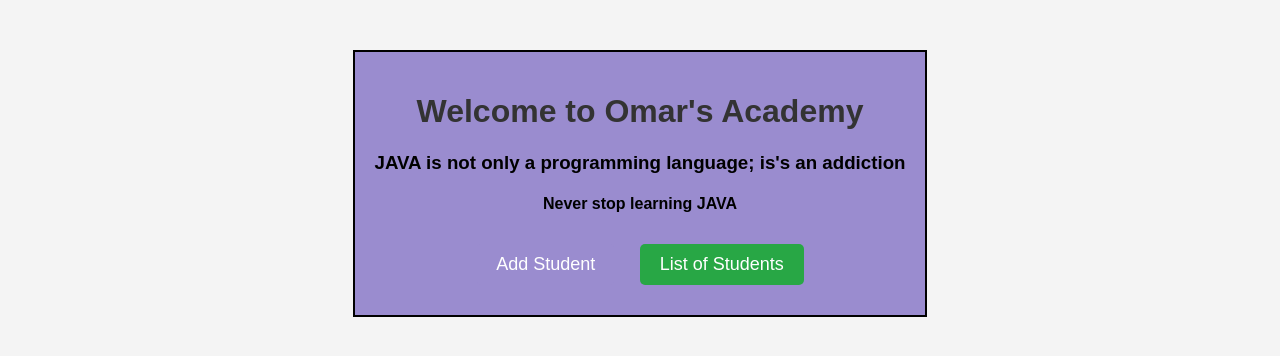
Repository: OmarFaruq97/JspServlet
Page: http://localhost/Form/
These files come from the project's save history. The page is drawn as it stood at one moment and after the next save; the edit follows.
The browser window is 1280 px wide. The pictures show the whole page.
The page is served by Tomcat 9. Other server files are loaded and not shown.

Above is the page before, as saved 2025-02-07 16:40:04.

### Form/src/main/webapp/index.jsp
<%@ page language="java" contentType="text/html; charset=UTF-8"  pageEncoding="UTF-8"%>
<!DOCTYPE html>
<html lang="en">
<head>
<meta charset="UTF-8">
<title>Home Page</title>
    <style >
    	body {
    font-family: Arial, sans-serif;
    text-align: center;
    background-color: #f4f4f4;
    margin: 0;
    padding: 0;
}

.container {
    margin-top: 50px;
    border: 2px solid black;
    padding: 20px;
    display: inline-block;
     transition: all 0.3s ease;
     background-color: #9a8ccf;
}
.container:hover {
    background-color: #f0f0f0; /* Change the background color on hover */
    border-color: #007BFF; /* Change the border color on hover */
}


h1 {
    color: #333;
}

.buttons {
    margin-top: 20px;
}

.buttons a {
    display: inline-block;
    padding: 10px 20px;
    text-decoration: none;
    font-size: 18px;
    border-radius: 5px;
    margin: 10px;
    color: white;
}

.blue-btn {
    background-color: #007BFF;
     transition: all 0.3s ease;
     background-color: #9a8ccf
}

.green-btn {
    background-color: #28A745;
}

.yellow-btn {
    background-color: #FFC107;
}

    </style>
</head>
<body>
    <div class="container">
        <h1>Welcome to Omar's  Academy</h1>
        <h3>JAVA is not only a programming language; is's an addiction</h3>
        <h4>Never stop learning JAVA</h4>
        <div class="buttons">
            <a class="blue-btn" href="pages/MainForm.jsp">Add Student</a>
            <a class="green-btn" href="pages/list-students.jsp">List of Students</a>
            <!-- <a class="yellow-btn" href="pages/update-student.jsp">Update Student</a> -->
        </div>
    </div>
</body>
</html>

After the next save:
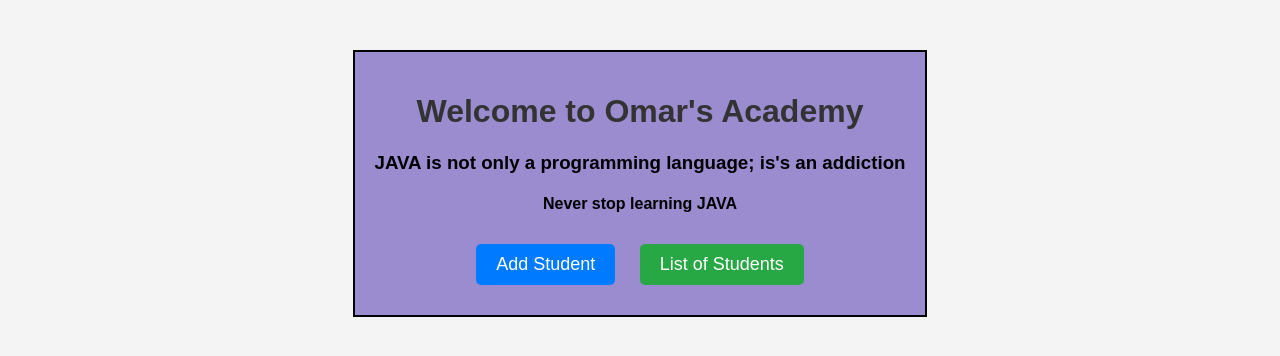
Saved 6 s later.
--- a/Form/src/main/webapp/index.jsp
+++ b/Form/src/main/webapp/index.jsp
@@ -47,8 +47,7 @@ h1 {
 
 .blue-btn {
     background-color: #007BFF;
-     transition: all 0.3s ease;
-     background-color: #9a8ccf
+
 }
 
 .green-btn {
